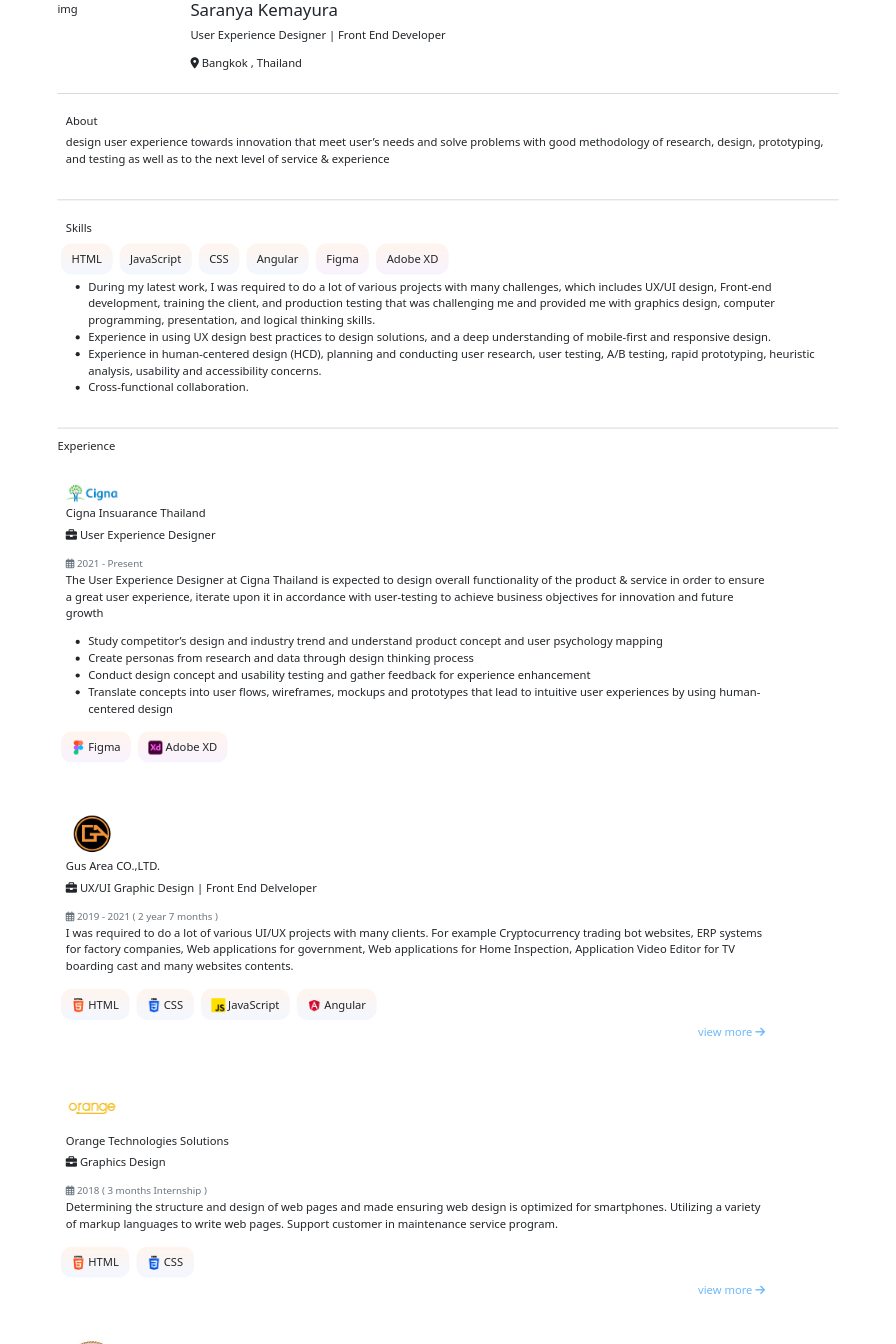
Repository: 0910th/portfolio
Page: index.html
The author's editor kept a copy of each file at every save. The page is drawn from the files as they stood at one save, then again after the next save.
The browser window is 1280 px wide. The pictures show the part of the page from y = 0 to 1920 px (the page is 2651 px tall before and 2587 px after), at 70% of full size.

Above is the page before, as saved 2022-12-23 14:52:54.

After the next save:
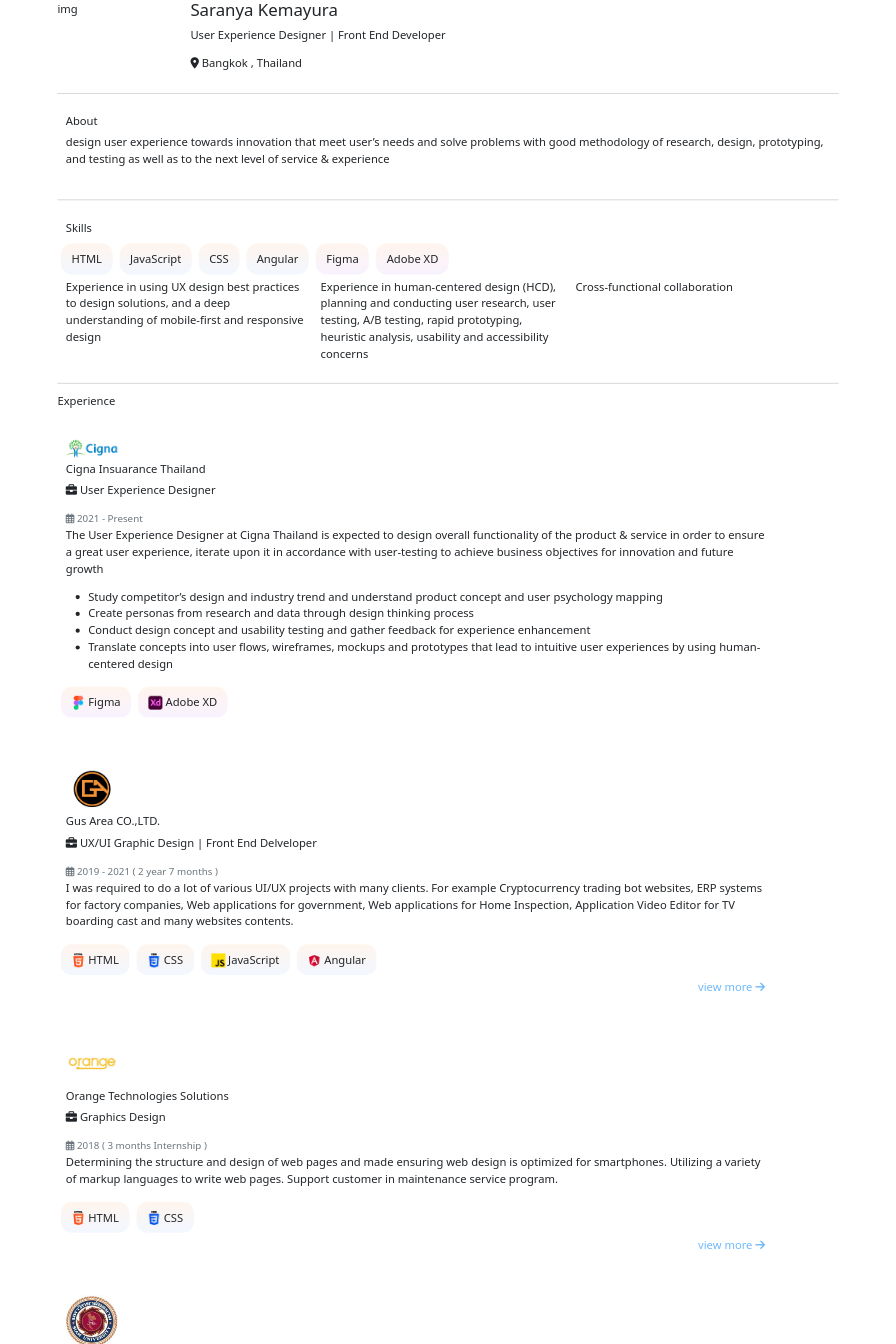
Saved 3 min 54 s later.
--- a/index.html
+++ b/index.html
@@ -48,18 +48,26 @@
             <div class="badge-text code">Angular</div>
             <div class="badge-text design">Figma</div>
             <div class="badge-text design">Adobe XD</div>
-            <div class="text-list">
+            <div class="row">
+                <div class="col">
+                    Experience in using UX design best practices to design solutions, and a deep understanding of mobile-first and
+                    responsive design
+                </div>
+                <div class="col">
+                    Experience in human-centered design (HCD), planning and conducting user research, user testing, A/B testing, rapid
+                    prototyping, heuristic analysis, usability and accessibility concerns
+                </div>
+                <div class="col">
+                    Cross-functional collaboration
+                </div>
+            </div>
+            <!-- <div class="text-list">
                 <ul>
-                    <li> During my latest work, I was required to do a lot of various projects with many challenges, which includes UX/UI design,
-                    Front-end development, training the client, and production testing that was challenging me and provided me with graphics
-                    design, computer programming, presentation, and logical thinking skills.</li>
-                    <li> Experience in using UX design best practices to design solutions, and a deep understanding of mobile-first and
-                    responsive design.</li>
-                    <li> Experience in human-centered design (HCD), planning and conducting user research, user testing, A/B testing, rapid
-                    prototyping, heuristic analysis, usability and accessibility concerns.</li>
-                    <li> Cross-functional collaboration.</li>
+                    <li> .</li>
+                    <li>.</li>
+                    <li> .</li>
                 </ul>
-            </div>
+            </div> -->
         </div>
         <hr>
         <div class="row">
